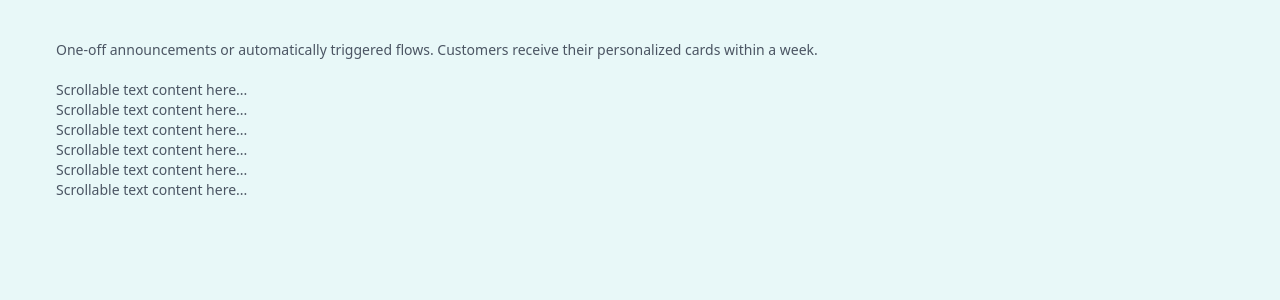
Repository: trusha97/postpilot
Page: scroll.html
These files come from the project's save history. The page is drawn as it stood at one moment and after the next save; the edit follows.
The browser window is 1280 px wide. The pictures show the whole page.
Some web libraries are served in a nearby version.

Above is the page before, as saved 2025-05-19 10:22:57.

After the next save:
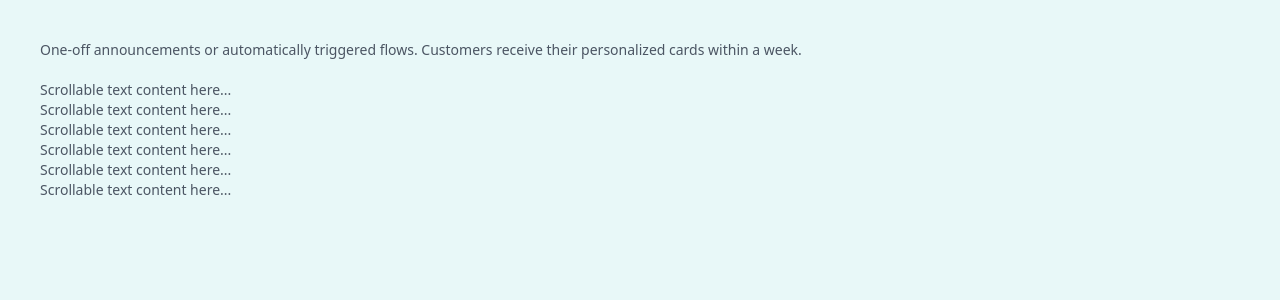
Saved 74 s later.
--- a/scroll.html
+++ b/scroll.html
@@ -36,10 +36,10 @@
     <div class="overflow-y-auto h-full flex space-x-4 w-full left-scroll">
 
       <!-- Left scrollable line -->
-      <div class="flex flex-col items-center min-w-[6px]">
+      <!-- <div class="flex flex-col items-center min-w-[6px]">
         <div class=""></div>
         <div class=""></div>
-      </div>
+      </div> -->
 
       <!-- Scrollable text -->
       <div class="text-sm text-gray-600 pr-2 w-full">
